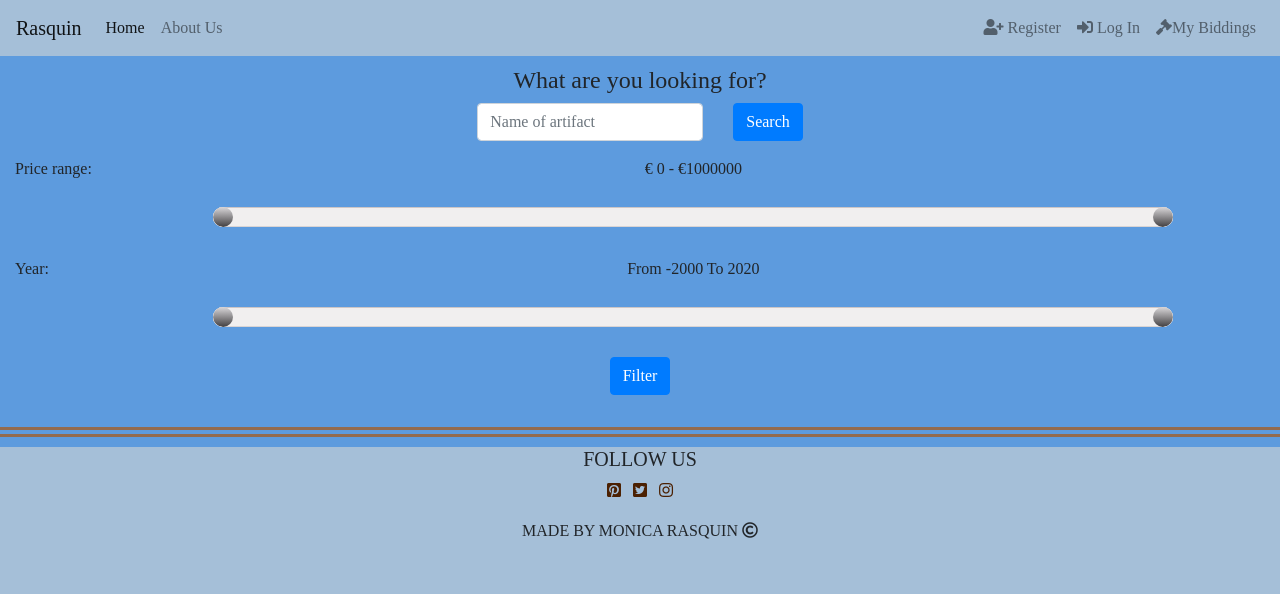
Repository: Rasquin/auction
Page: templates/base.html
The author's editor kept a record of every edit. The page is drawn from the files as they stood at one moment, then again after the next edit.
The browser window is 1280 px wide. The pictures show the whole page.
The template is drawn by Django 2.2. The application's start-up code is not run. Other server files are loaded and not shown. The template is opened directly, without the code that normally fills it, so the values that code supplies are empty.

Above is the page before.

### templates/base.html
<!DOCTYPE html>

{% load staticfiles %}

<html lang="en">

<head>
    <meta charset="UTF-8">
    <meta name="viewport" content="width=device-width, initial-scale=1.0">
    <meta http-equiv="X-UA-Compatible" content="ie=edge">

    <!-- Bootstrap compiled and minified CSS -->
    <link rel="stylesheet" href="https://stackpath.bootstrapcdn.com/bootstrap/4.3.1/css/bootstrap.min.css" integrity="sha384-ggOyR0iXCbMQv3Xipma34MD+dH/1fQ784/j6cY/iJTQUOhcWr7x9JvoRxT2MZw1T" crossorigin="anonymous">

    <!-- Font Awesome compiled and minified CSS -->
    <link rel="stylesheet" href="{% static 'font-awesome/css/all.css' %}">



    <!-- Own CSS -->
    <link rel="stylesheet" href="{% static 'css/mystyle.css' %}" type="text/css" />


    <!-- Own Scripts -->
    <script type="text/javascript" src="{% static 'js/myscript.js' %}"></script>



    {% block head_js %}
    {% endblock head_js %}

    <title>Monica's Auction</title>
</head>


<body>
    <!-- NavBar area -  Fixed masthead -->
    <nav class="navbar navbar-expand-lg navbar-light bg-light">
        <a class="navbar-brand" href="#">Rasquin</a>
        <button class="navbar-toggler" type="button" data-toggle="collapse" data-target="#navbarSupportedContent" aria-controls="navbarSupportedContent" aria-expanded="false" aria-label="Toggle navigation">
            <span class="navbar-toggler-icon"></span>
        </button>

        <div class="collapse navbar-collapse" id="navbarSupportedContent">
            <ul class="navbar-nav mr-auto">
                <li class="nav-item active">
                    <a class="nav-link" href="{% url 'index' %}">Home <span class="sr-only">(current)</span></a>
                </li>
                <li class="nav-item">
                    <a class="nav-link" href="#">About Us</a>
                </li>
            </ul>
            <ul class="navbar-nav navbar-right">
                    {% if user.is_authenticated %}
                        <li class="nav-item">
                            <a class="nav-link" href="{% url 'profile' %}"><i class="fa fa-user"></i> Profile</a>
                        </li>
                        <li class="nav-item">
                            <a class="nav-link" href="{% url 'logout' %}"><i class="fa fa-sign-out-alt"></i> Log Out</a>
                        </li>
                    {%  else %}
                        <li class="nav-item">
                            <a class="nav-link" href="{% url 'register' %}"><i class="fa fa-user-plus"></i> Register</a>
                        </li>
                        <li class="nav-item">
                            <a class="nav-link" href="{% url 'login' %}"><i class="fa fa-sign-in-alt"></i> Log In</a>
                        </li>
                    {% endif %}
                        <li class="nav-item">
                            <a class="nav-link" href="{% url 'view_my_biddings' %}">
                                <i class="fas fa-gavel"></i>My Biddings
                                {% if product_count > 0 %}
                                <label class="badge badge-warning">{{ product_count }}</label>
                                {% endif %}
                            </a>
                        </li>

                </ul>
        </div>
    </nav>

    <!-- Messages area -->
    {% if messages %}
        <div class="alert alert-success">
            <div class="messages">
                {% for message in messages %}
                    {{ message }}
                {% endfor %}
            </div>
        </div>
    {% endif %}

    <div class="container-general">
        <!-- Search area -->
        <div class="container-fluid border-bottom-double">
            <h4 class="text-center"> What are you looking for?</h4>
            <div class="row ">

                <!-- Search by name -->
                <form action="{% url 'search_by_name' %}" method="get" class="col-12">
                    {% csrf_token %}
                    <div class="form-group">
                        <div class="row justify-content-center">
                            <div class="col-auto">
                                <input type="text" class="form-control" id="artifact_name" name="artifact_name" required placeholder="Name of artifact">
                            </div>
                            <div class="col-auto">
                                <button class="btn btn-primary" type="search">Search</button>
                            </div>
                        </div>
                    </div>
                </form>

                <!-- Filters -->
                <form action="{% url 'filters' %}" method="post" class="col-12">
                    {% csrf_token %}

                    <!-- Price Filter -->
                    <div class="form-group">
                        <div class="row">
                            <div class="col-12 col-md-2">
                                <p>
                                    <label for="amount">Price range:</label>

                                </p>
                            </div>
                            <div class="col-12 col-md-9">

                                <section class="range-slider-price range-slider">

                                    <span class="rangePriceValues rangeValues"></span>
                                    <input value="0" min="0" max="1000000" step="500" type="range" name="min_price">
                                    <input value="1000000" min="0" max="1000000" step="500" type="range" name="max_price">
                                </section>
                            </div>
                        </div>
                        <!-- Year Filter -->
                        <div class="row">
                            <div class="col-12 col-md-2">
                                <p>
                                    <label for="amount">Year:</label>

                                </p>
                            </div>
                            <div class="col-12 col-md-9">

                                <section class="range-slider-year range-slider">

                                    <span class="rangeYearValues"></span>
                                    <input value="-2000" min="-2000" max="2020" step="20" type="range" name="min_year">
                                    <input value="2020" min="-2000" max="2020" step="20" type="range" name="max_year">
                                </section>
                            </div>
                        </div>

                        <!-- Filter Button -->
                        <div class="row">
                            <div class="col-12">
                                <p class="text-center">
                                    <button class="btn btn-primary" type="search">Filter</button>
                                </p>
                            </div>
                    </div>
                    </div>
                </form>

            </div>
        </div>

        <!-- Block content area -->
        <div class="container-fluid">
            {% block content %} {% endblock %}
        </div>

    </div>

    <!-- Footer area -->
    <footer class="container-fluid">


        <!-- SOCIAL MEDIA-->
        <div class="row ">
            <div class="col-12 text-center">
                <h5 class="text-uppercase">Follow Us</h5>
                <ul class="list-inline social-links">
                    <li class="list-inline-item"><a href="#"><i class="fab fa-pinterest-square"  aria-hidden="true"></i></a></li>
                    <li class="list-inline-item"><a href="#"><i class="fab fa-twitter-square" aria-hidden="true"></i></a></li>
                    <li class="list-inline-item"><a href="#"><i class="fab fa-instagram" aria-hidden="true"></i></a></li>
                </ul>
            </div>
        </div>

        <!--COPYRIGHT-->
        <div class="row ">
            <div class="col-12">

                <p class="text-center text-uppercase">Made by Monica Rasquin <i class="far fa-copyright"></i> </p>
            </div>
        </div>
    </footer>


    <!-- Bootstrap compiled and minified JavaScript -->
    <script src="https://code.jquery.com/jquery-3.3.1.slim.min.js" integrity="sha384-q8i/X+965DzO0rT7abK41JStQIAqVgRVzpbzo5smXKp4YfRvH+8abtTE1Pi6jizo" crossorigin="anonymous"></script>
    <script src="https://cdnjs.cloudflare.com/ajax/libs/popper.js/1.14.7/umd/popper.min.js" integrity="sha384-UO2eT0CpHqdSJQ6hJty5KVphtPhzWj9WO1clHTMGa3JDZwrnQq4sF86dIHNDz0W1" crossorigin="anonymous"></script>
    <script src="https://stackpath.bootstrapcdn.com/bootstrap/4.3.1/js/bootstrap.min.js" integrity="sha384-JjSmVgyd0p3pXB1rRibZUAYoIIy6OrQ6VrjIEaFf/nJGzIxFDsf4x0xIM+B07jRM" crossorigin="anonymous"></script>

</body>
</html>

### static/js/myscript.js
//--------------------------------------Slider for Prices filter
function getPriceVals() {
    // Get slider price values
    var parent = this.parentNode;
    var slides = parent.getElementsByTagName("input");
    var slide1 = parseFloat(slides[0].value);
    var slide2 = parseFloat(slides[1].value);
    // Neither slider will clip the other, so make sure we determine which is larger
    if (slide1 > slide2) { var tmp = slide2;
        slide2 = slide1;
        slide1 = tmp; }

    var displayElement = parent.getElementsByClassName("rangePriceValues")[0];
    displayElement.innerHTML = "€ " + slide1 + " - €" + slide2;
}

//--------------------------------------Slider for Year filter
function getYearVals() {
    // Get Year slider values
    var parent = this.parentNode;
    var slides = parent.getElementsByTagName("input");
    var slide1 = parseFloat(slides[0].value);
    var slide2 = parseFloat(slides[1].value);
    // Neither slider will clip the other, so make sure we determine which is larger
    if (slide1 > slide2) { var tmp = slide2;
        slide2 = slide1;
        slide1 = tmp; }

    var displayElement = parent.getElementsByClassName("rangeYearValues")[0];
    displayElement.innerHTML = "From " + slide1 + " To " + slide2;
}

//----------------------------------------------- Initialize Sliders
window.onload = function() {
    // For Price
    var sliderSectionsPrice = document.getElementsByClassName("range-slider-price");
    for (var x = 0; x < sliderSectionsPrice.length; x++) {
        var slidersPrice = sliderSectionsPrice[x].getElementsByTagName("input");
        for (var y = 0; y < slidersPrice.length; y++) {
            if (slidersPrice[y].type === "range") {
                slidersPrice[y].oninput = getPriceVals;
                // Manually trigger event first time to display values
                slidersPrice[y].oninput();
            }
        }
    }
    // For Year
    var sliderSectionsYear = document.getElementsByClassName("range-slider-year");
    for (var x = 0; x < sliderSectionsYear.length; x++) {
        var slidersYear = sliderSectionsYear[x].getElementsByTagName("input");
        for (var y = 0; y < slidersYear.length; y++) {
            if (slidersYear[y].type === "range") {
                slidersYear[y].oninput = getYearVals;
                // Manually trigger event first time to display values
                slidersYear[y].oninput();
            }
        }
    }
}

Loaded but not shown: static/font-awesome/css/all.css (library); static/css/mystyle.css (common file)

After the next edit:
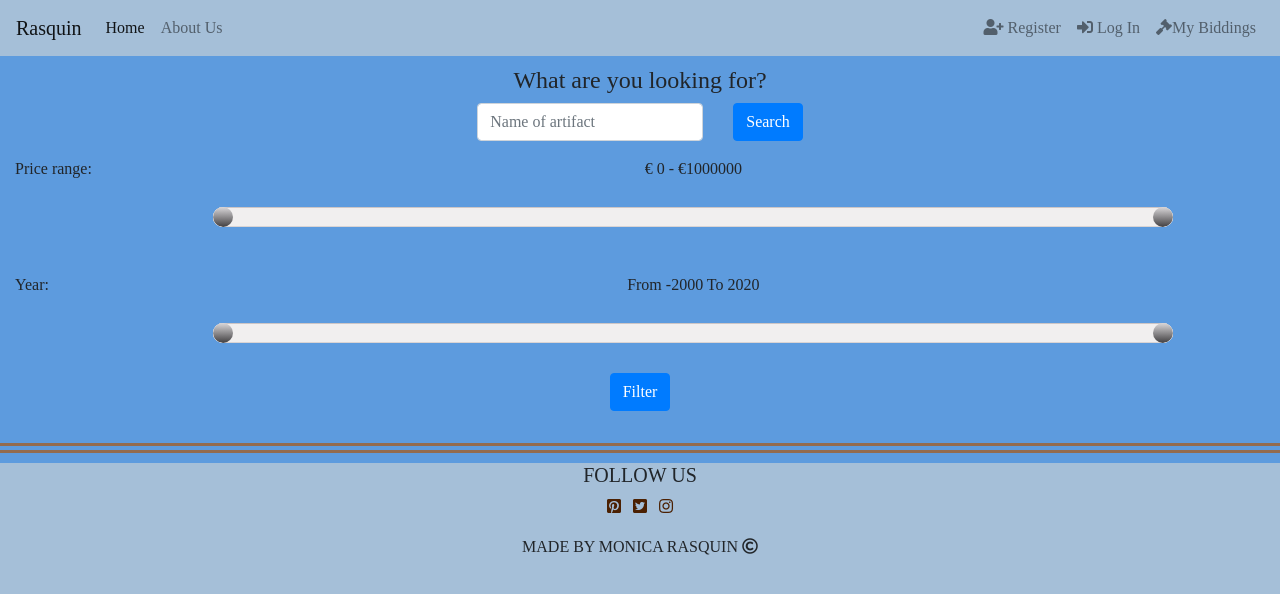
The edit:
--- a/templates/base.html
+++ b/templates/base.html
@@ -134,7 +134,9 @@
                                 </section>
                             </div>
                         </div>
-                        <!-- Year Filter -->
+                    </div>
+                    <!-- Year Filter -->
+                    <div class="form-group">
                         <div class="row">
                             <div class="col-12 col-md-2">
                                 <p>
